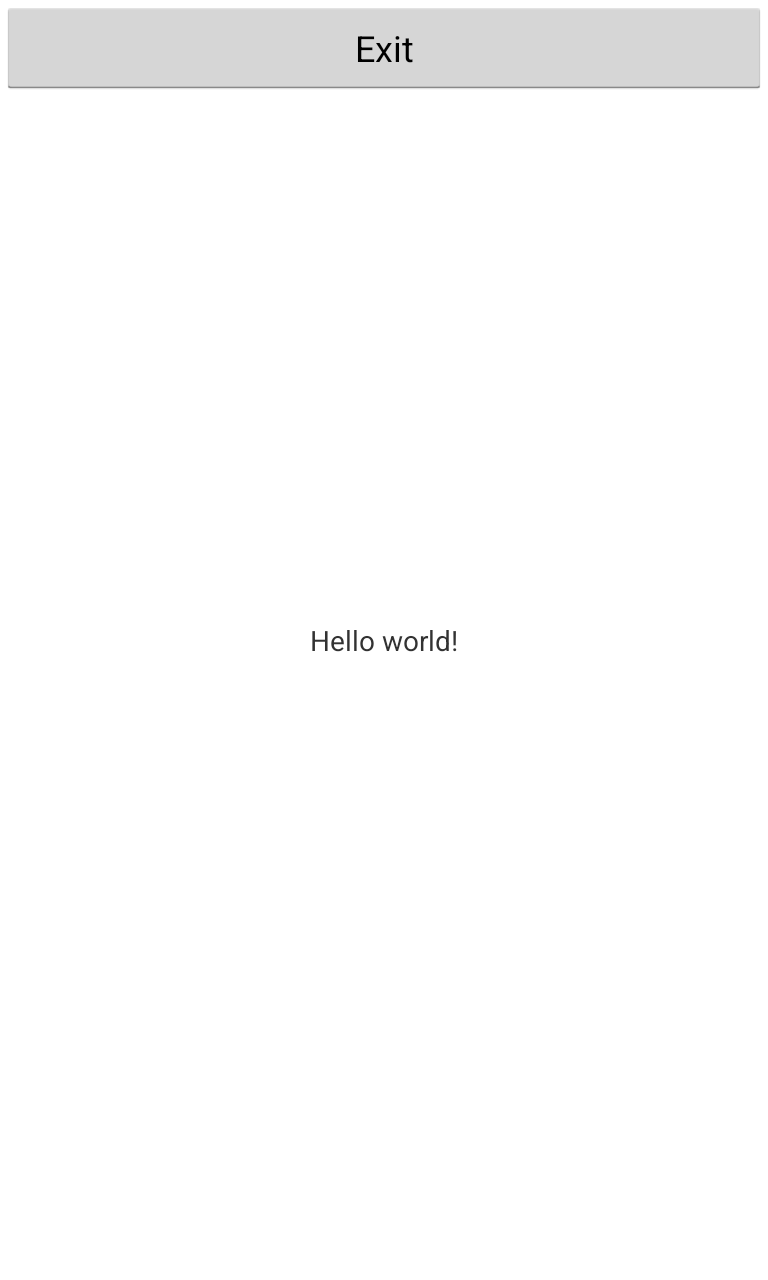
Repository: Kenkron/RateAGator
Layout: HelloWorld/res/layout/activity_main.xml
These files come from the project's save history. The layout is drawn as it stood at one moment and after the next save; the edit follows.
It is drawn on a 768 x 1280 px phone screen (xhdpi) without system bars, with theme AppTheme; the app's code is not run.

Above is the layout before, as saved 2013-01-31 00:53:21.

After the next save:
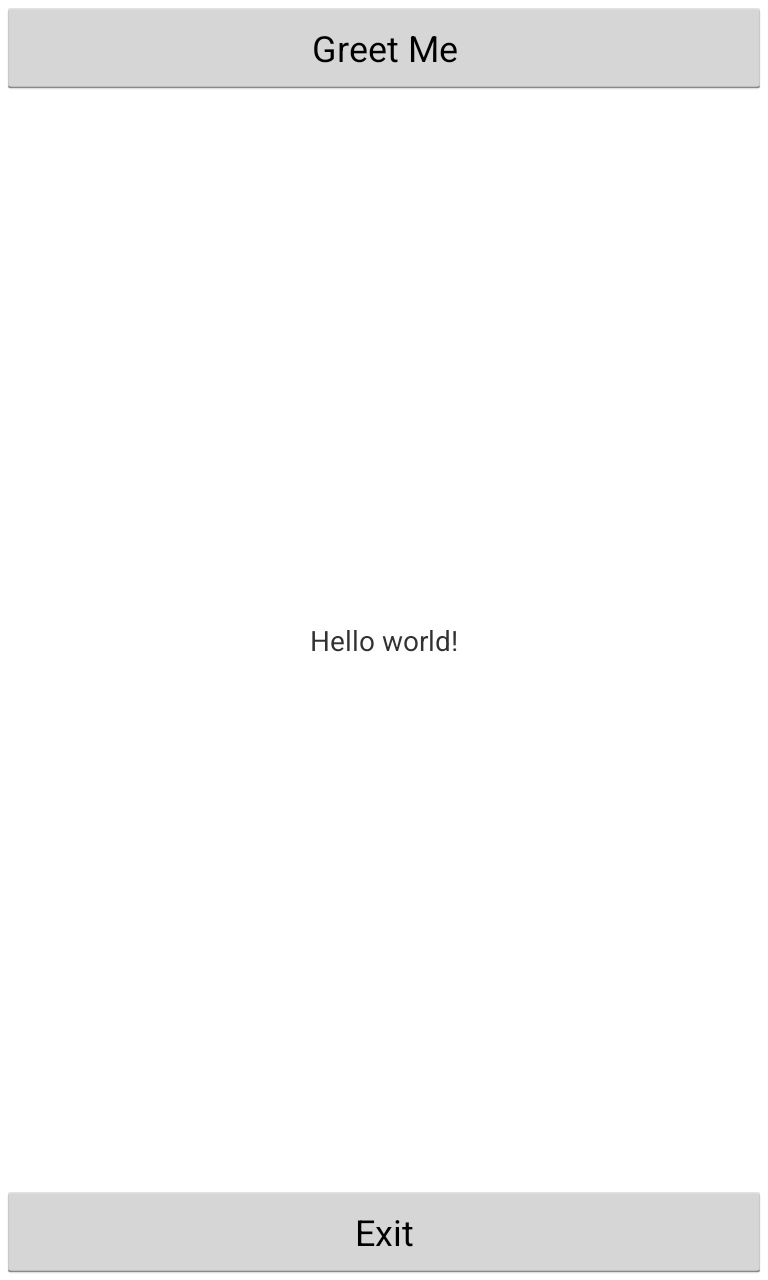
Saved 2 s later.
--- a/HelloWorld/res/layout/activity_main.xml
+++ b/HelloWorld/res/layout/activity_main.xml
@@ -16,10 +16,19 @@
         android:id="@+id/exit"
         android:layout_width="wrap_content"
         android:layout_height="wrap_content"
+        android:layout_alignParentBottom="true"
+        android:layout_alignParentLeft="true"
+        android:layout_alignParentRight="true"
+        android:onClick="endProgram"
+        android:text="@string/exit" />
+
+    <Button
+        android:id="@+id/greetMe"
+        android:layout_width="wrap_content"
+        android:layout_height="wrap_content"
         android:layout_alignParentLeft="true"
         android:layout_alignParentRight="true"
         android:layout_alignParentTop="true"
-        android:onClick="endProgram"
-        android:text="@string/exit" />
+        android:text="@string/greet_me" />
 
 </RelativeLayout>
